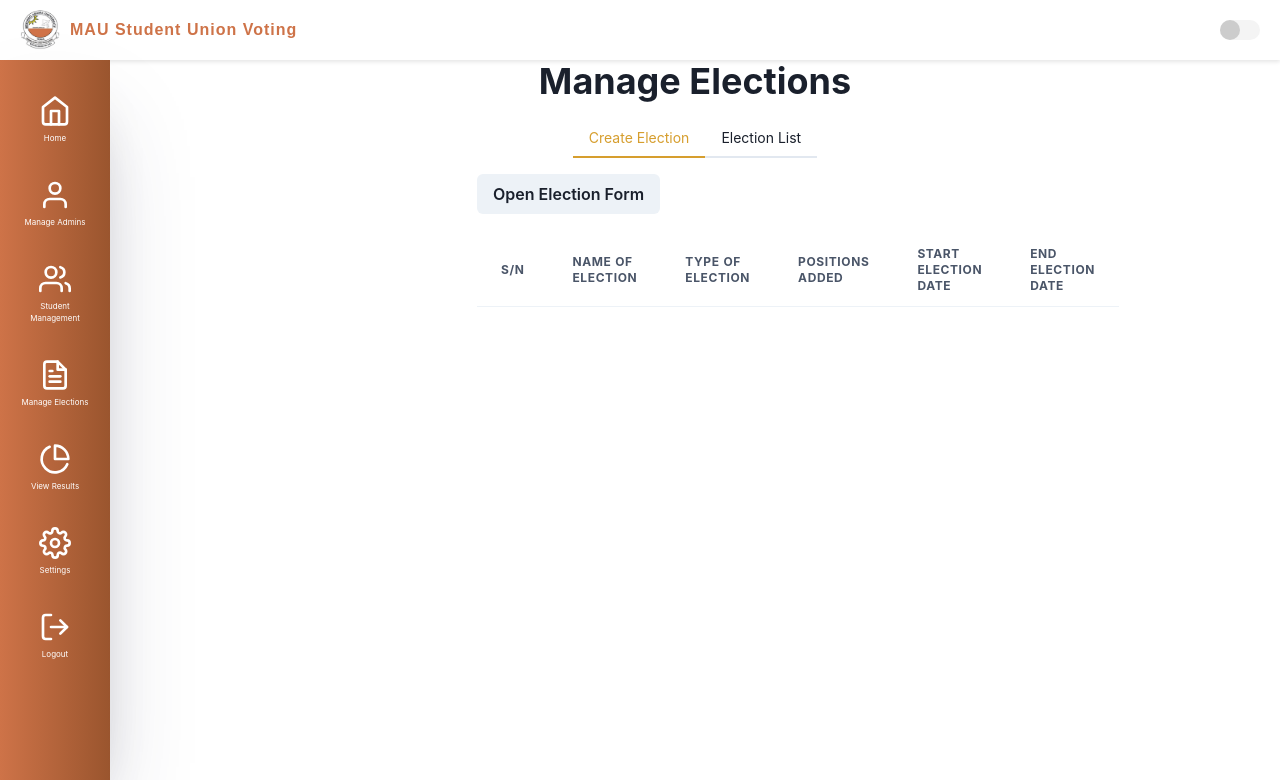
Repository: joena1o/e-vote
Page: /admin-dashboard/manage-elections
An editor plug-in stored every save of this project. The page is shown before and after the next save, followed by the edit.
The browser window is 1280 px wide. The pictures show the whole page.
The project was rebuilt for these pictures with package versions that can differ from the ones it lists, and the page was loaded fresh each time. Also part of the build but not shown: src/components/EnhancedLogin.js, src/components/maincontent/RegisterStudents/ManageStudents.js, src/components/maincontent/RegisterStudents/RegisterStudents.js, src/components/maincontent/RegisterStudents/StudentManagement.js, src/components/maincontent/ElectionResults/ViewResults.js, src/components/maincontent/Settings/Settings.js, src/api/index.js, src/components/maincontent/home/Home.styles.js and 15 more.

Above is the page before, as saved 2023-10-26 09:57:04.

### src/index.js
import React from 'react';
import ReactDOM from 'react-dom/client';
import './index.css';
import App from './App';
import reportWebVitals from './reportWebVitals';
import Modal from 'react-modal';

// Set the app element for the modal for accessibility purposes
Modal.setAppElement('#root');

const root = ReactDOM.createRoot(document.getElementById('root'));
root.render(
  <React.StrictMode>
    <App />
  </React.StrictMode>
);

// If you want to start measuring performance in your app, pass a function
// to log results (for example: reportWebVitals(console.log))
// or send to an analytics endpoint. Learn more: https://bit.ly/CRA-vitals
reportWebVitals();

### src/App.js
import React from 'react';
import { BrowserRouter as Router, Routes, Route, Navigate } from 'react-router-dom';
import EnhancedLogin from './components/EnhancedLogin';
import AdminDashboard from './components/AdminDashboard';
import StudentDashboard from './components/StudentDashboard';
import { ChakraProvider, ColorModeProvider, Button, useColorMode } from '@chakra-ui/react';
import { Provider } from 'react-redux';
import store from './Redux/store';
import ElectionCommitteeDashboard from './components/maincontent/ElectionCommitteeDashboard';

// Component to toggle dark mode
function DarkModeToggle() {
  const { colorMode, toggleColorMode } = useColorMode();
  return (
    <Button onClick={toggleColorMode} position="fixed" m={4} zIndex={10}>
      Toggle {colorMode === 'light' ? 'Dark' : 'Light'}
    </Button>
  );
}

function App() {
  // Check if the current route is not the "/login" route, then render the DarkModeToggle
  // const isLoginPage = window.location.pathname === '/login';

  return (
    <Provider store={store}>
      <ChakraProvider>
        <ColorModeProvider options={{ useSystemColorMode: true }}>
          <Router>
            <Routes>
              {/* Define your routes */}
              <Route path="/login" element={<EnhancedLogin />} />
              <Route path="/admin-dashboard/*" element={<AdminDashboard />} />
              <Route path="/ElectionCommittee-dashboard/*" element={<ElectionCommitteeDashboard />} />
              <Route path='/student-dashboard/*' element={<StudentDashboard />} />
              {/* Redirect root to /admin-dashboard */}
              <Route path="/" element={<Navigate to="/admin-dashboard" replace />} />
            </Routes>
          </Router>
          {/* Render DarkModeToggle only if not on the "/login" page */}
          {/* {!isLoginPage && <DarkModeToggle />} */}
        </ColorModeProvider>
      </ChakraProvider>
    </Provider>
  );
}

export default App;

### src/components/AdminDashboard.js
// AdminDashboard.js
import React from 'react';
import { Routes, Route } from 'react-router-dom';
import StudentManagement from './maincontent/RegisterStudents/StudentManagement';
import ViewResults from './maincontent/ElectionResults/ViewResults';
import Settings from './maincontent/Settings/Settings';
import Home from './maincontent/home/Home';
import ManageAdmin from './maincontent/ManageAdmins/ManageAdmins';
import ManageElections from './maincontent/ManageElections/ManageElections';
import Sidebar from './Sidebar';
import Navbar from './Navbar';
import styled from 'styled-components';

const Container = styled.div`
  display: flex;
  flex-direction: column;
  /* Add the following line to ensure Container fills the screen height */
  height: 100vh;
  width: 100%; /* Use 100% to fill the entire width of the screen */
`;


const Content = styled.div`
  display: flex;
  /* Add the following line to ensure Content fills the remaining screen space */
  flex: 1;
`;

const AdminDashboard = () => {
  return (
    <Container>
      <Navbar />
      <Content>
        <Sidebar />
        <Routes>
          <Route index element={<Home />} />
          <Route path="student-management" element={<StudentManagement />} />
          <Route path="view-results" element={<ViewResults />} />
          <Route path="settings" element={<Settings />} />
          <Route path="manage-admin" element={<ManageAdmin />} />
          <Route path="manage-elections" element={<ManageElections />} />
        </Routes>
      </Content>
    </Container>
  );
};

export default AdminDashboard;

### src/Redux/store.js
import { configureStore } from '@reduxjs/toolkit';
import electionReducer from './electionSlice';
import studentsReducer from './studentsSlice';
import candidatesReducer from './CandidateSlice'; // Import the candidates reducer

const store = configureStore({
  reducer: {
    elections: electionReducer,
    students: studentsReducer,
    candidates: candidatesReducer, // Add the candidates reducer here
  },
});

export default store;

### src/components/maincontent/ManageElections/ManageElections.js
import React, { useState } from 'react';
import { Tabs, TabList, TabPanels, Tab, TabPanel, Box, Flex, Heading } from '@chakra-ui/react';
import CreateElections from './CreateElection';
import ElectionList from './ElectionList';

const ManageElections = () => {
  const [activeTab, setActiveTab] = useState(0);

  const handleTabChange = (index) => {
    setActiveTab(index);
  };

  return (
    <Flex direction="column" align="center" w="100%" h="100%">
      <Heading mb={4}>Manage Elections</Heading>
      <Box w="40%" maxW="500px">
        <Tabs index={activeTab} onChange={handleTabChange} isLazy>
          <Flex justifyContent="center" w="100%">
            <TabList display="inline-flex">
              <Tab fontSize="sm" px={4} py={2} _selected={{ borderBottom: '2px solid', borderColor: 'yellow.500', color: 'yellow.500' }}>
                Create Election
              </Tab>
              <Tab fontSize="sm" px={4} py={2} _selected={{ borderBottom: '2px solid', borderColor: 'yellow.500', color: 'yellow.500' }}>
                Election List
              </Tab>
            </TabList>
          </Flex>
          <TabPanels>
            <TabPanel>
              <CreateElections />
            </TabPanel>
            <TabPanel>
              <ElectionList />
            </TabPanel>
          </TabPanels>
        </Tabs>
      </Box>
    </Flex>
  );
};

export default ManageElections;

### src/components/Sidebar.js
import React from 'react';
import styled from 'styled-components';
import { Link } from 'react-router-dom';
import { FiHome, FiUser, FiUsers, FiFileText, FiSettings, FiLogOut, FiPieChart } from 'react-icons/fi';
import { useColorMode } from '@chakra-ui/react';

const SidebarContainer = styled.nav`
  background: ${props => (props.theme === 'dark' ? '#333' : 'linear-gradient(to right, #ce7348, #9a552e)')};
  padding: 15px;
  height: 100vh;
  color: #fff;
  box-shadow: rgba(50, 50, 93, 0.25) 0px 50px 100px -20px, rgba(0, 0, 0, 0.3) 0px 30px 60px -30px;
  display: flex;
  flex-direction: column;
`;

const LinkList = styled.ul`
  list-style-type: none;
  padding: 0;
  flex: 1;
`;

const StyledLink = styled(Link)`
  text-decoration: none;
  color: #fff;
  display: flex;
  flex-direction: column;
  align-items: center;
  transition: color 0.3s ease;
  margin-bottom: 15px;
  cursor: pointer;
  font-size: 0.5rem;

  &:hover {
    color: #fce364;
  }

  width: 80px;
  text-align: center;
  word-wrap: break-word;
  overflow-wrap: break-word;

  @media (max-width: 768px) {
    font-size: 0.4rem;
  }

  @media (max-width: 480px) {
    font-size: 0.3rem;
  }
`;

const LinkItem = styled.li`
  display: flex;
  align-items: center;
  margin-top: 20px;
`;

const Icon = styled.div`
  font-size: 2rem;
  color: #fff;

  @media (max-width: 768px) {
    font-size: 0.9rem;
  }

  @media (max-width: 480px) {
    font-size: 0.8rem;
  }

  margin-bottom: 5px;

  ${StyledLink}:hover & {
    color: #fce364;  // Change icon color when the link is hovered
  }
`;

function Sidebar() {
  const { colorMode } = useColorMode();

  return (
    <SidebarContainer theme={colorMode}>
      <LinkList>
        <LinkItem>
          <StyledLink to="/admin-dashboard">
            <Icon><FiHome /></Icon>
            Home
          </StyledLink>
        </LinkItem>
        <LinkItem>
          <StyledLink to="/admin-dashboard/manage-admin">
            <Icon><FiUser /></Icon>
            Manage Admins
          </StyledLink>
        </LinkItem>
        <LinkItem>
          <StyledLink to="/admin-dashboard/student-management">
            <Icon><FiUsers /></Icon>
            Student Management
          </StyledLink>
        </LinkItem>
        <LinkItem>
          <StyledLink to="/admin-dashboard/manage-elections">
            <Icon><FiFileText /></Icon>
            Manage Elections
          </StyledLink>
        </LinkItem>
        <LinkItem>
          <StyledLink to="/admin-dashboard/view-results">
            <Icon><FiPieChart /></Icon>
            View Results
          </StyledLink>
        </LinkItem>
        <LinkItem>
          <StyledLink to="/admin-dashboard/settings">
            <Icon><FiSettings /></Icon>
            Settings
          </StyledLink>
        </LinkItem>
        <LinkItem>
          <StyledLink to="/logout">
            <Icon><FiLogOut /></Icon>
            Logout
          </StyledLink>
        </LinkItem>
      </LinkList>
    </SidebarContainer>
  );
}

export default Sidebar;

### src/components/Navbar.js
import React from 'react';
import styled, { createGlobalStyle } from 'styled-components';
import logo from '../assets/school_logo.jpg';
import { useColorMode } from '@chakra-ui/react';

const GlobalStyle = createGlobalStyle`
  body {
    background-color: ${props => (props.theme === 'dark' ? '#333' : '#fff')};
    color: ${props => (props.theme === 'dark' ? '#fff' : '#000')}; // Set other component texts to black in light mode
  }
`;

const Header = styled.header`
  background: ${props => (props.theme === 'dark' ? '#333' : '#fff')};
  color: ${props => (props.theme === 'dark' ? '#fff' : '#ce7348')}; // Set navbar text to brown in light mode
  padding: 10px 20px;
  display: flex;
  align-items: center;
  justify-content: flex-start;
  box-shadow: 0px 2px 4px rgba(0, 0, 0, 0.1);
  font-family: 'Poppins', sans-serif;
`;


const Logo = styled.img`
  width: 40px;
  height: 40px;
  border-radius: 20px;
  margin-right: 10px;
`;

const Title = styled.h1`
  margin: 0;
  padding: 0;
  font-size: 1rem;
  font-weight: 600;
  letter-spacing: 1px;
`;

const ToggleSlider = styled.label`
  display: flex;
  align-items: center;
  cursor: pointer;
  margin-left: auto;
`;

const SliderInput = styled.input.attrs({ type: 'checkbox' })`
  display: none;
`;

const Slider = styled.div`
  width: 40px;
  height: 20px;
  background-color: ${props => (props.theme === 'dark' ? '#333' : '#f4f4f4')};
  border-radius: 20px;
  position: relative;
  transition: background-color 0.3s ease;
  cursor: pointer;

  &::after {
    content: '';
    width: 20px;
    height: 20px;
    border-radius: 50%;
    background-color: ${props => (props.theme === 'dark' ? '#fff' : '#ccc')};
    position: absolute;
    top: 50%;
    transform: translateY(-50%);
    left: ${props => (props.theme === 'dark' ? '20px' : '0')};
    transition: left 0.3s ease;
  }
`;

function Navbar() {
  const { colorMode, toggleColorMode } = useColorMode();

  return (
    <>
      <GlobalStyle theme={colorMode} />
      <Header theme={colorMode}>
        <Logo src={logo} alt="University Logo" />
        <Title>MAU Student Union Voting</Title>
        <ToggleSlider>
          <SliderInput type="checkbox" onChange={toggleColorMode} />
          <Slider theme={colorMode} />
        </ToggleSlider>
      </Header>
    </>
  );
}

export default Navbar;

### src/Redux/electionSlice.js
/*import { createSlice, createAsyncThunk } from '@reduxjs/toolkit';
import { API, graphqlOperation } from 'aws-amplify';
import { createElection as createElectionAPI } from '../graphql/mutations';

export const createElection = createAsyncThunk(
  'elections/createElection',
  async (election, { rejectWithValue }) => {
    try {
      const result = await API.graphql(graphqlOperation(createElectionAPI, { input: election }));
      return result.data.createElection;
    } catch (error) {
      return rejectWithValue(error);
    }
  }
);

const electionSlice = createSlice({
  name: 'elections',
  initialState: [],
  reducers: {},
  extraReducers: (builder) => {
    builder.addCase(createElection.fulfilled, (state, action) => {
      state.push(action.payload);
    });
  },
});

export default electionSlice.reducer;
*/

### src/Redux/studentsSlice.js
import { createSlice } from '@reduxjs/toolkit';

export const studentsSlice = createSlice({
  name: 'students',
  initialState: [],
  reducers: {
    addStudents: (state, action) => {
      // Add students to the Redux store
      action.payload.forEach(student => {
        state.push(student);
      });
    },
  },
});

export const { addStudents } = studentsSlice.actions;

export default studentsSlice.reducer;

### src/Redux/CandidateSlice.js

import { createSlice } from '@reduxjs/toolkit';

export const candidatesSlice = createSlice({
  name: 'candidates',
  initialState: [],
  reducers: {
    setCandidates: (state, action) => {
      return action.payload;
    },
  },
});

export const { setCandidates } = candidatesSlice.actions;
export default candidatesSlice.reducer;

### src/components/maincontent/ManageElections/CreateElection.js
import React, { useState } from 'react';
import Select from 'react-select';
import { useFormik } from 'formik';
import * as Yup from 'yup';
import {
  Button,
  Modal,
  ModalOverlay,
  ModalContent,
  ModalHeader,
  ModalFooter,
  ModalBody,
  ModalCloseButton,
  Input,
  FormControl,
  FormLabel,
  useColorMode,
  Box,
  Table,
  Thead,
  Tbody,
  Tr,
  Th,
  Td,
  VStack,
  Flex,
  Text
} from '@chakra-ui/react';
import { FiCalendar, FiUsers, FiFileText, FiUserCheck, FiClipboard, FiType } from 'react-icons/fi';

const CreateElection = () => {
  const [electionType, setElectionType] = useState('');
  const [modalIsOpen, setModalIsOpen] = useState(false);
  const [elections, setElections] = useState([]);
  const { colorMode } = useColorMode();

  const formik = useFormik({
    initialValues: {
      electionTitle: '',
      electionType: '',
      name: '',
      startDate: '',
      position: '',
      committeeMembers: [],
      endDate: '', // Added this field for end date
    },
    validationSchema: Yup.object({
      electionTitle: Yup.string().required('Required'),
      electionType: Yup.string().required('Required'),
      startDate: Yup.date().required('Required'),
      position: Yup.string().required('Required'),
      endDate: Yup.date().required('Required'), // Validation for end date
    }),
    onSubmit: async (values) => {
      setModalIsOpen(true);
      setElections([...elections, values]);
    },
  });

  const electionTypeOptions = [
    { value: 'general', label: 'General' },
    { value: 'faculty', label: 'Faculty' },
    { value: 'department', label: 'Department' }
  ];

  const students = [
    { value: 'Pascal@example.com', label: 'Prisca Ahmadu' },
    { value: 'Prisca@example.com', label: 'Paul Ahmadu' },
  ];

  return (
    <>
      <Button onClick={() => setModalIsOpen(true)}>Open Election Form</Button>

      <Box width="100%" mt={5}>
        <Table variant="simple">
          <Thead>
            <Tr>
              <Th>S/N</Th>
              <Th>Name of Election</Th>
              <Th>Type of Election</Th>
              <Th>Positions Added</Th>
              <Th>Start Election Date</Th>
              <Th>End Election Date</Th>
            </Tr>
          </Thead>
          <Tbody>
            {elections.map((election, index) => (
              <Tr key={index}>
                <Td>{index + 1}</Td>
                <Td>{election.electionTitle}</Td>
                <Td>{election.electionType}</Td>
                <Td>{election.position}</Td>
                <Td>{election.startDate}</Td>
                <Td>{election.endDate}</Td>
              </Tr>
            ))}
          </Tbody>
        </Table>
      </Box>
      <Modal isOpen={modalIsOpen} onClose={() => setModalIsOpen(false)} size="xl">
        <ModalOverlay />
        <ModalContent>
          <ModalHeader>Create Election</ModalHeader>
          <ModalCloseButton />
          <ModalBody as="form" onSubmit={formik.handleSubmit}>
            <VStack spacing={4}>
              {/* ... rest of your form fields ... */}
            </VStack>
          </ModalBody>
          <ModalFooter>
            <Button type="submit" colorScheme="blue" mr={3}>
              Create Election
            </Button>
            <Button variant="ghost" onClick={() => setModalIsOpen(false)}>
              Cancel
            </Button>
          </ModalFooter>
        </ModalContent>
      </Modal>
    </>
  );
};

export default CreateElection;

Loaded but not shown: public/index.html (common file); src/index.css (common file); src/reportWebVitals.js (common file)

After the next save:
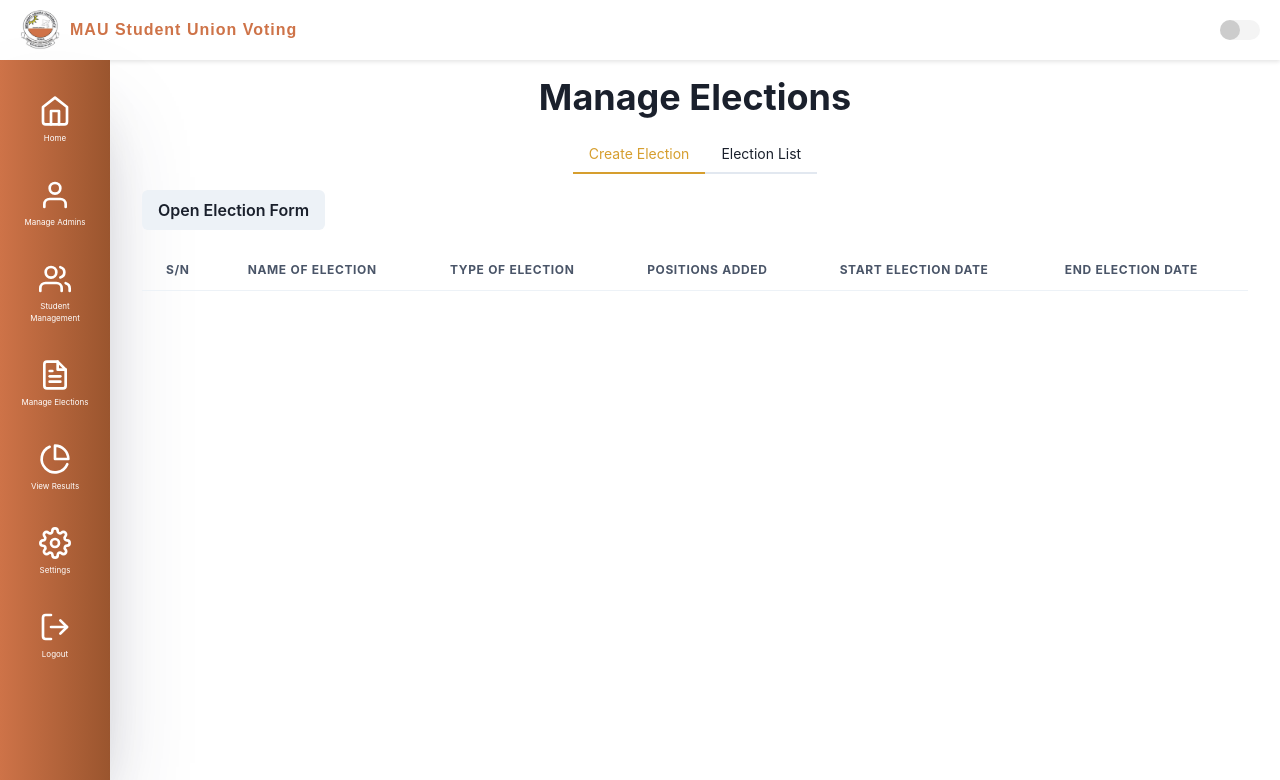
Saved 3 min 44 s later.
--- a/src/components/maincontent/ManageElections/ManageElections.js
+++ b/src/components/maincontent/ManageElections/ManageElections.js
@@ -11,9 +11,9 @@ const ManageElections = () => {
   };
 
   return (
-    <Flex direction="column" align="center" w="100%" h="100%">
+    <Flex direction="column" align="center" w="100vw" h="100vh" p={4}>
       <Heading mb={4}>Manage Elections</Heading>
-      <Box w="40%" maxW="500px">
+      <Box w="100%" h="100%" maxW="full">
         <Tabs index={activeTab} onChange={handleTabChange} isLazy>
           <Flex justifyContent="center" w="100%">
             <TabList display="inline-flex">
